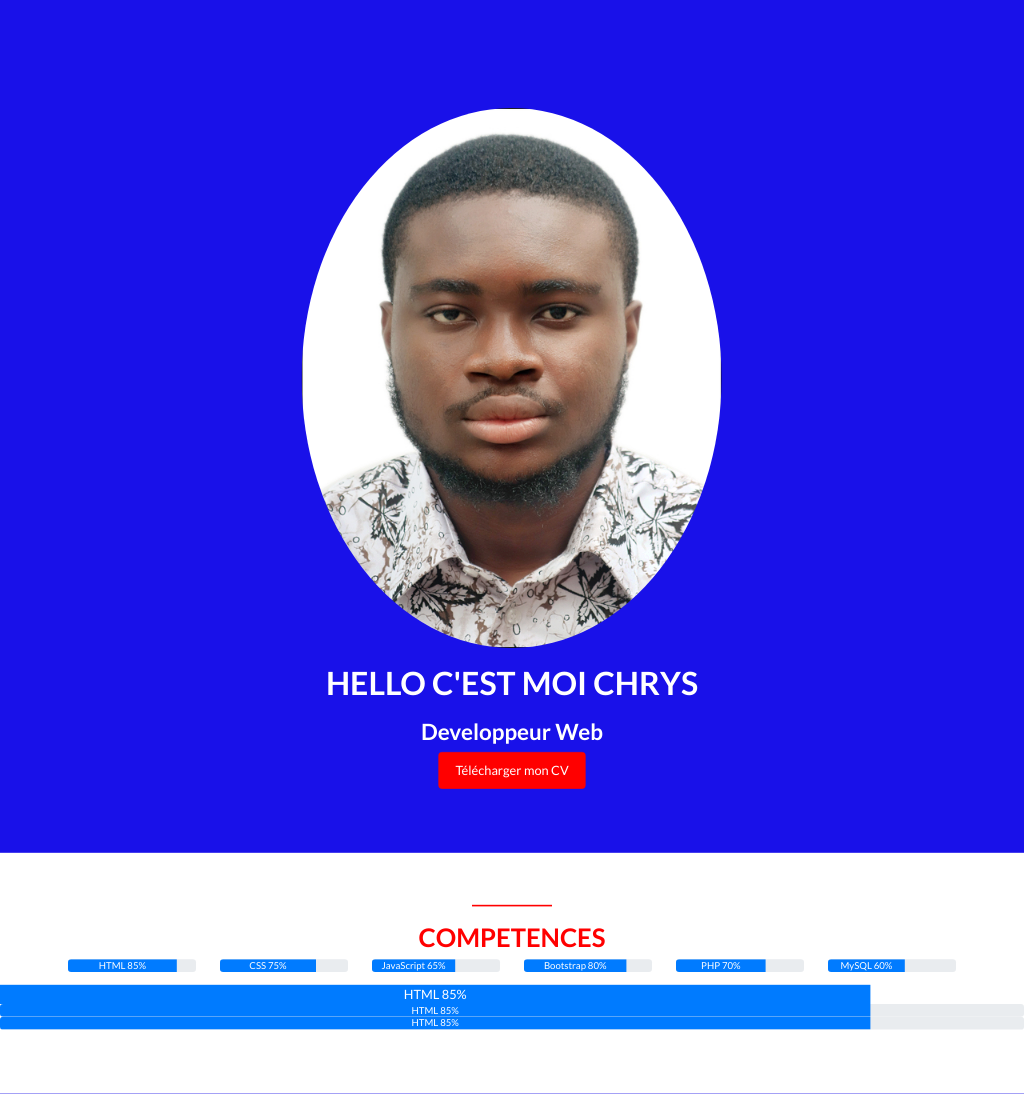
Repository: CHRYSOVR/CV_en_ligne_Interactif
Page: index.html
An editor plug-in stored every save of this project. The page is shown before and after the next save, followed by the edit.
The browser window is 1280 px wide. The pictures show the whole page, at 80% of full size.

Above is the page before, as saved 2025-07-07 16:42:53.
Console error: TypeError: Cannot read properties of undefined (reading 'fn')

After the next save:
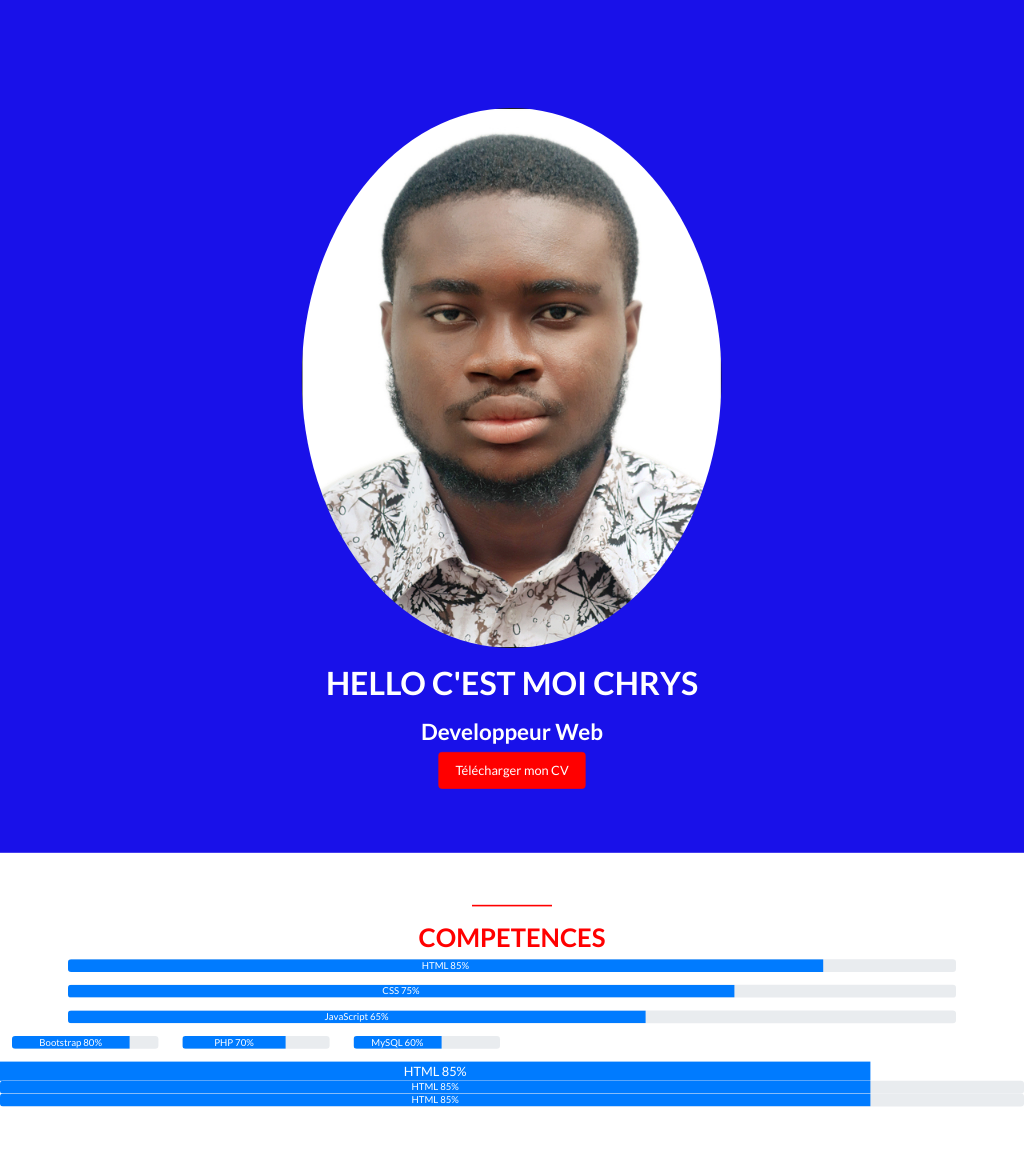
Saved 72 s later.
--- a/index.html
+++ b/index.html
@@ -29,20 +29,18 @@
     <h2>Competences</h2>
 </div>
 <div class="container">
-    <div class="row">
-        <div class="col-lg-6 col-md-12">
-            <div class="row">
-                <div class="col-12 col-md-4 mb-3">
-                    <div class="progress">
-                        <div class="progress-bar" role="progressbar" style="width: 85%;" aria-valuenow="85" aria-valuemin="0" aria-valuemax="100">HTML 85%</div>
-                    </div>
-                </div>
-                <div class="col-12 col-md-4 mb-3">
-                    <div class="progress">
-                        <div class="progress-bar" role="progressbar" style="width: 75%;" aria-valuenow="75" aria-valuemin="0" aria-valuemax="100">CSS 75%</div>
-                    </div>
-                </div>
-                <div class="col-12 col-md-4 mb-3">
+    <div class="row flex-column">
+        <div class="col-12 mb-3">
+            <div class="progress">
+                <div class="progress-bar" role="progressbar" style="width: 85%;" aria-valuenow="85" aria-valuemin="0" aria-valuemax="100">HTML 85%</div>
+            </div>
+        </div>
+        <div class="col-12 mb-3">
+            <div class="progress">
+                <div class="progress-bar" role="progressbar" style="width: 75%;" aria-valuenow="75" aria-valuemin="0" aria-valuemax="100">CSS 75%</div>
+            </div>
+        </div>
+        <div class="col-12 mb-3">
                     <div class="progress">
                         <div class="progress-bar" role="progressbar" style="width: 65%;" aria-valuenow="65" aria-valuemin="0" aria-valuemax="100">JavaScript 65%</div>
                     </div>
